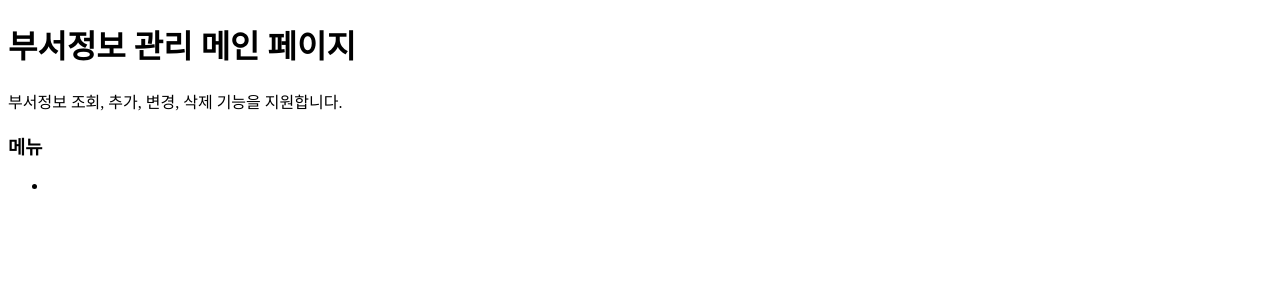
Repository: benpark0613/basic
Page: http://localhost/sample/hr/dept/main.jsp
These files come from the project's save history. The page is drawn as it stood at one moment and after the next save; the edit follows.
The browser window is 1280 px wide. The pictures show the whole page.
The page is served by Tomcat 9. Other server files are loaded and not shown.

Above is the page before, as saved 2021-11-10 02:45:32.

### HR_app/sample/src/main/webapp/hr/dept/main.jsp
<%@ page language="java" contentType="text/html; charset=UTF-8"
    pageEncoding="UTF-8"%>
<!DOCTYPE html>
<html>
<head>
<meta charset="UTF-8">
<title>부서정보 관리: 홈</title>
</head>
<body>
	<h1>부서정보 관리 메인 페이지</h1>
	<p>부서정보 조회, 추가, 변경, 삭제 기능을 지원합니다.</p>

	<h3>메뉴</h3>
	<ul>
		<li><a href="list.jsp"></a></li>
	</ul>
</body>
</html>

After the next save:
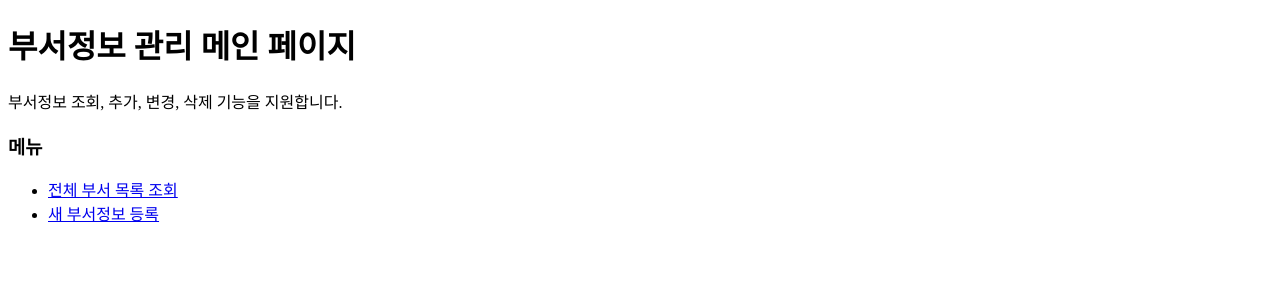
Saved 29 s later.
--- a/HR_app/sample/src/main/webapp/hr/dept/main.jsp
+++ b/HR_app/sample/src/main/webapp/hr/dept/main.jsp
@@ -12,7 +12,8 @@
 
 	<h3>메뉴</h3>
 	<ul>
-		<li><a href="list.jsp"></a></li>
+		<li><a href="list.jsp">전체 부서 목록 조회</a></li>
+		<li><a href="form.jsp">새 부서정보 등록</a></li>
 	</ul>
 </body>
 </html>
